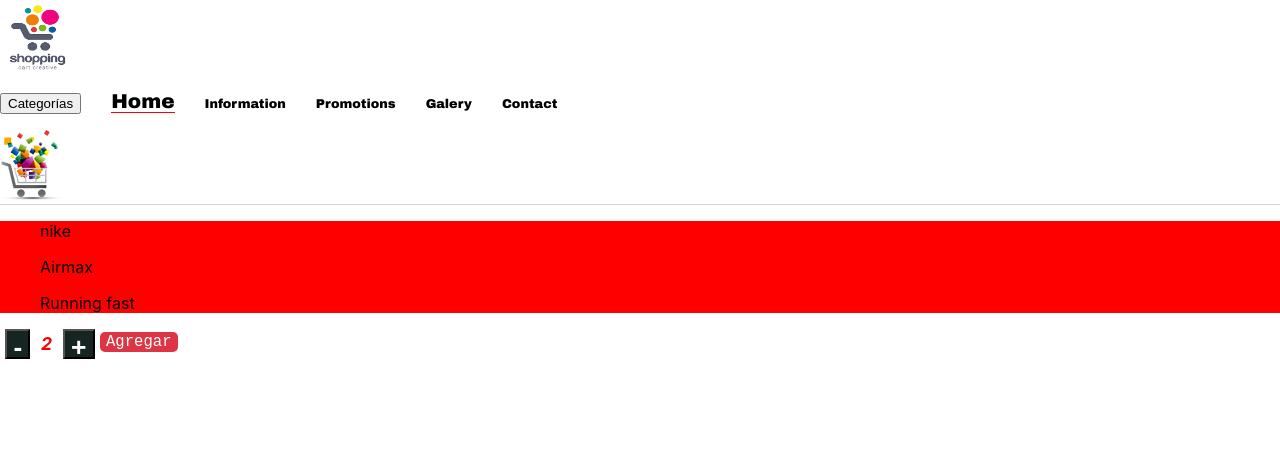
Repository: gustavomanuelquintana/CoderRepository
Page: / (app in cards-commers/)
The author's editor kept a copy of each file at every save. The page is drawn from the files as they stood at one save, then again after the next save.
The browser window is 1280 px wide. The pictures show the whole page.
The project was rebuilt for these pictures with package versions that can differ from the ones it lists, and the page was loaded fresh each time. Also part of the build but not shown: cards-commers/src/Components/ItemListContainer/ItemList/ItemList.css.

Above is the page before, as saved 2020-10-31 11:08:09.

After the next save:
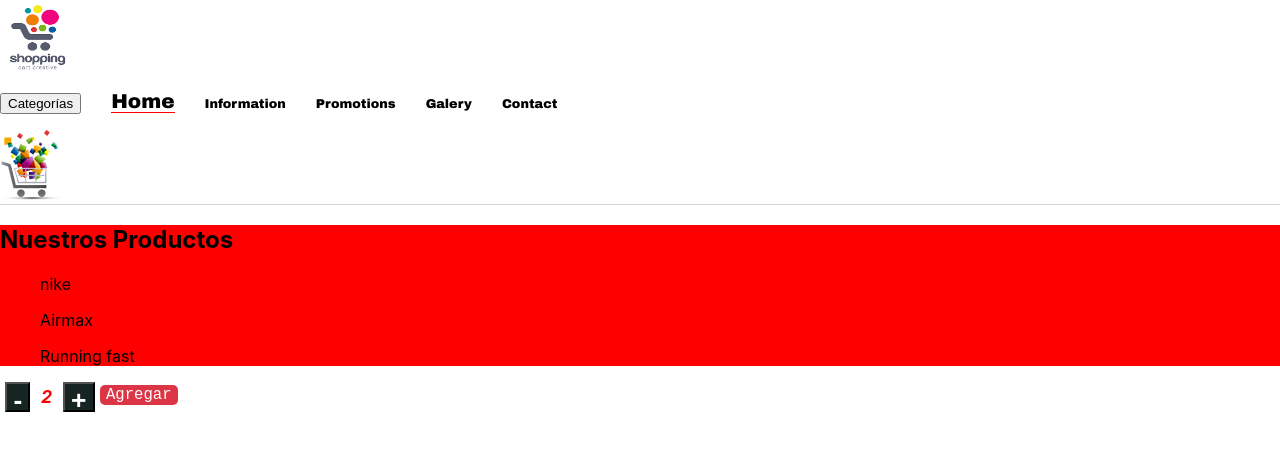
Saved 2 min 48 s later.
--- a/cards-commers/src/Components/ItemListContainer/ItemListContainer.js
+++ b/cards-commers/src/Components/ItemListContainer/ItemListContainer.js
@@ -24,6 +24,7 @@ function ItemListContainer({titulo}){
 
     return (
         <div className="container">
+            <h2>Nuestros Productos</h2>
         <ItemList items={itemList} />
         </div>
     );
